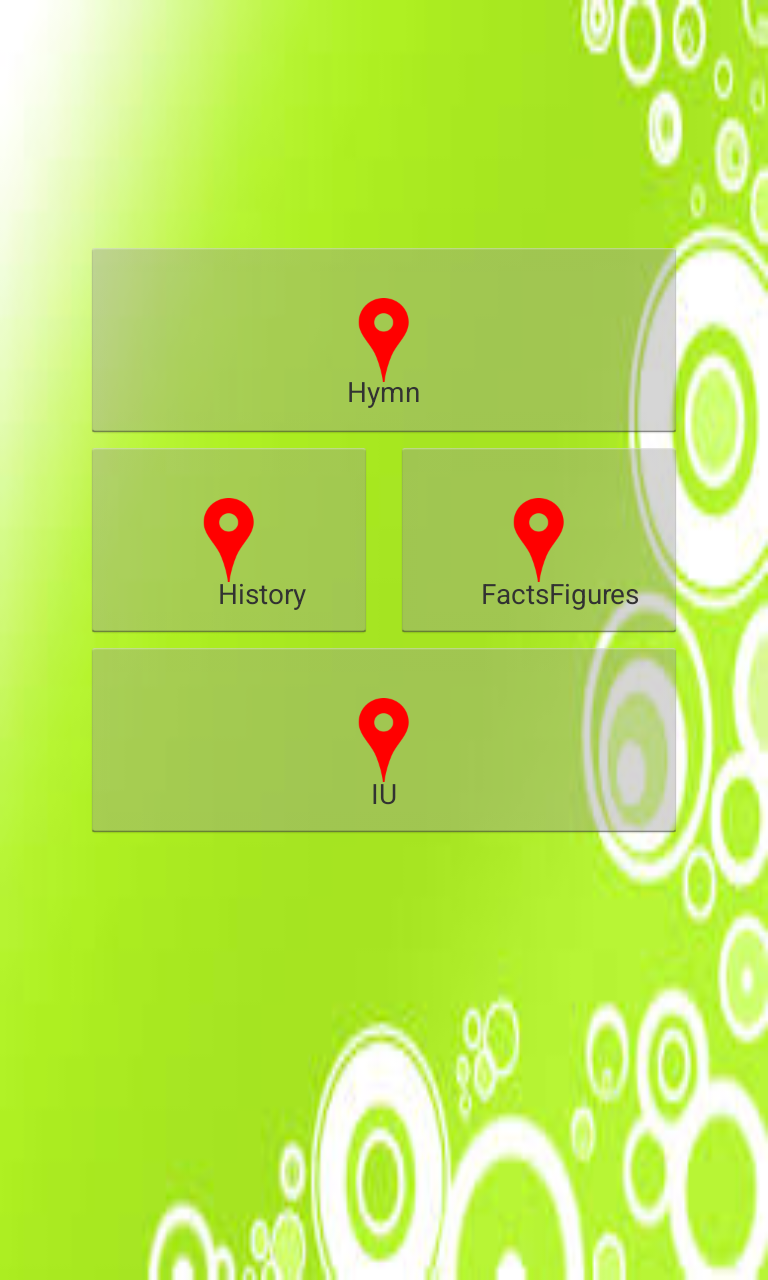
Repository: thoniemarie/TourdanetaGuide
Layout: Tourdaneta/Tourdaneta/res/layout/activity_home.xml
These files come from the project's save history. The layout is drawn as it stood at one moment and after the next save; the edit follows.
It is drawn on a 768 x 1280 px phone screen (xhdpi) without system bars, with theme AppTheme; the app's code is not run.

Above is the layout before, as saved 2014-09-07 04:28:27.

After the next save:
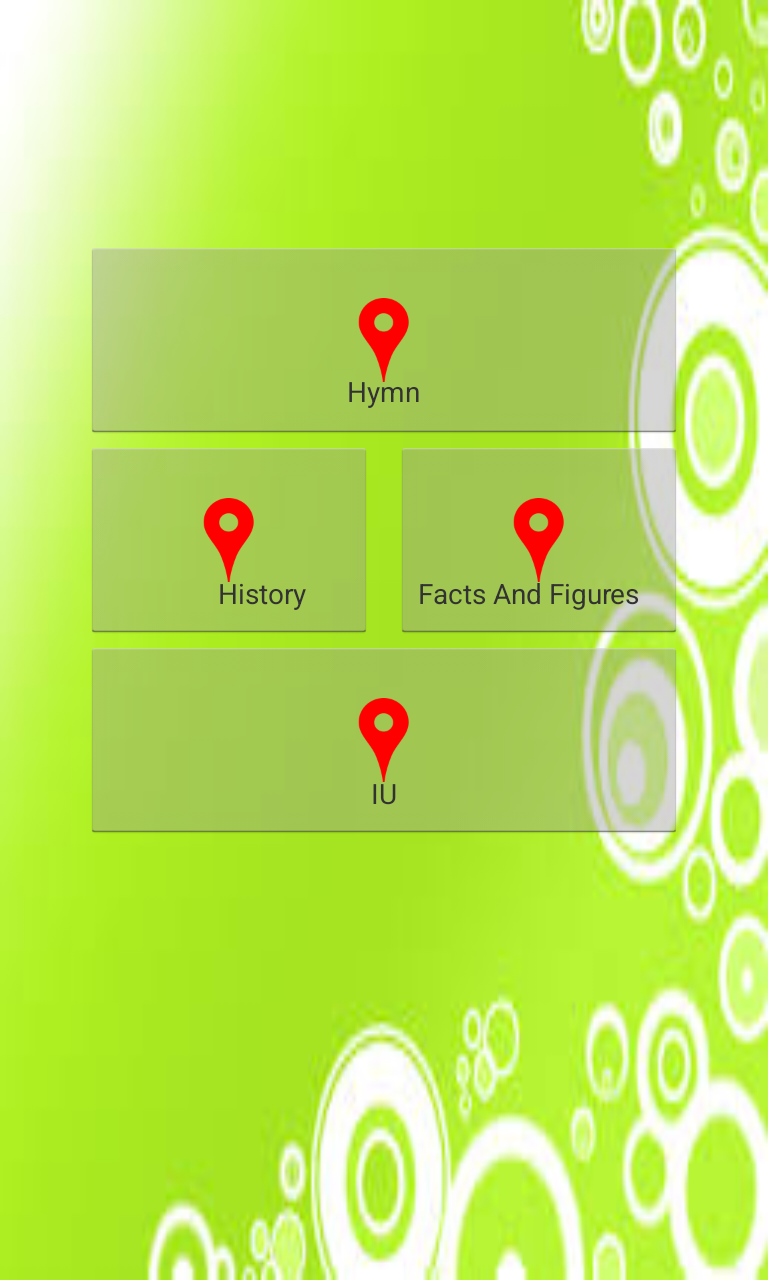
Saved 13 s later.
--- a/Tourdaneta/Tourdaneta/res/layout/activity_home.xml
+++ b/Tourdaneta/Tourdaneta/res/layout/activity_home.xml
@@ -42,7 +42,7 @@
         android:layout_alignBottom="@+id/textView2"
         android:layout_alignRight="@+id/imageButton3"
         android:layout_marginRight="22dp"
-        android:text="FactsFigures" />
+        android:text="Facts And Figures" />
 
     <ImageButton
         android:id="@+id/imageButton4"
